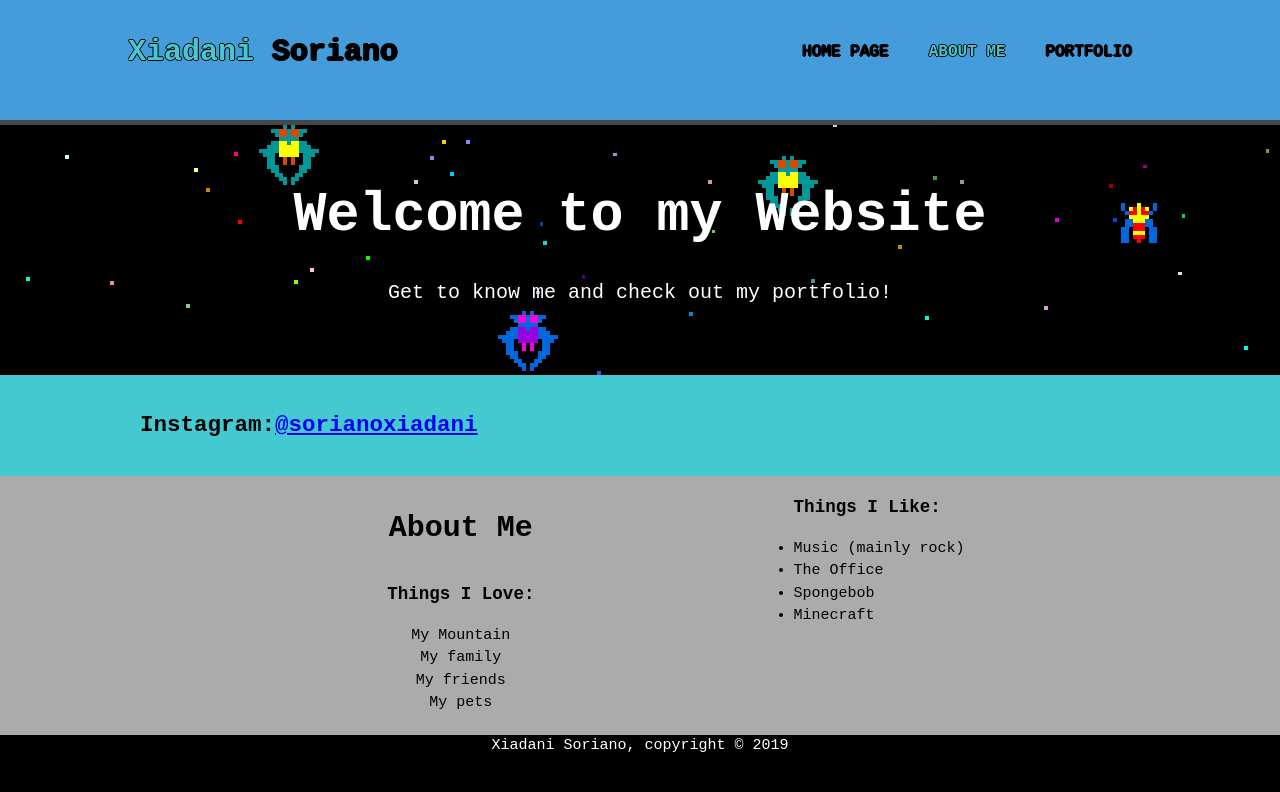
Repository: XiadaniSoriano/XiadaniSoriano2.github
Page: aboutme.html
The author's editor kept a record of every edit. The page is drawn from the files as they stood at one moment, then again after the next edit.
The browser window is 1280 px wide. The pictures show the whole page.

Above is the page before.

After the next edit:
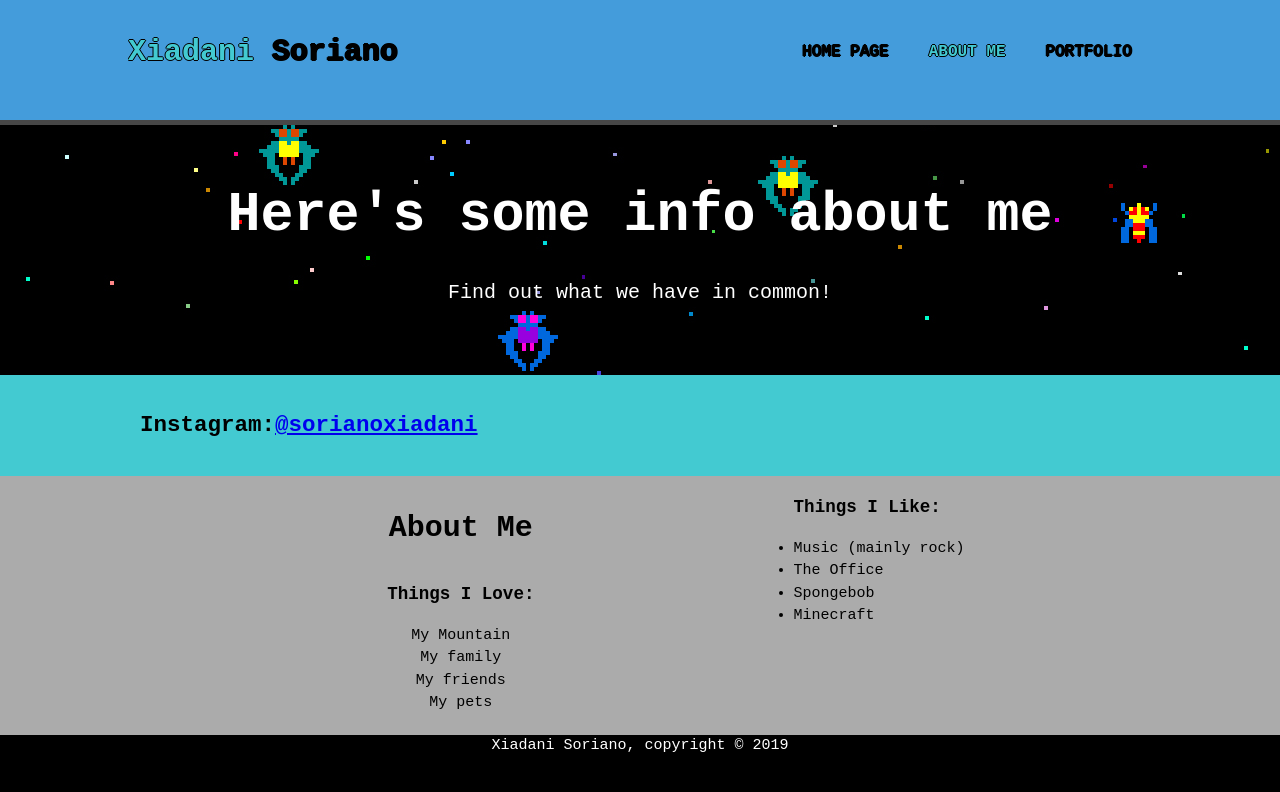
The edit:
--- a/aboutme.html
+++ b/aboutme.html
@@ -30,8 +30,8 @@
 
         <section id="showcase2">
             <div class="container">
-                <h1> Welcome to my Website </h1>
-                <p> Get to know me and check out my portfolio! </p>
+                <h1> Here's some info about me </h1>
+                <p> Find out what we have in common! </p>
             </div>
         </section>
 
